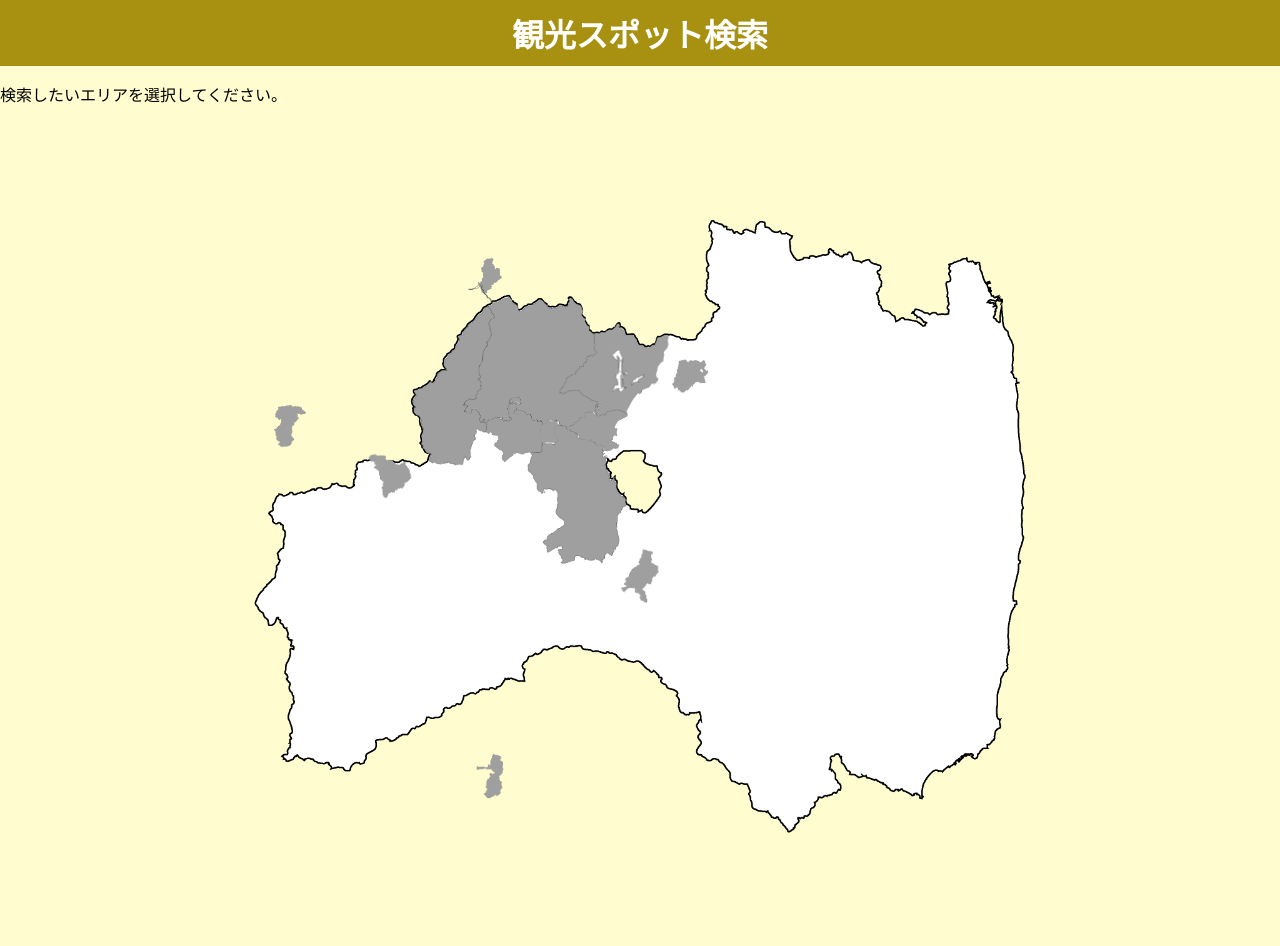
Repository: ryoutana/tanaryou.github.io
Page: Downloads/project/index.html
The author's editor kept a copy of each file at every save. The page is drawn from the files as they stood at one save, then again after a run of saves.
The browser window is 1280 px wide. The pictures show the whole page.

Above is the page before, as saved 2025-04-29 13:46:29.

After the next 4 saves:
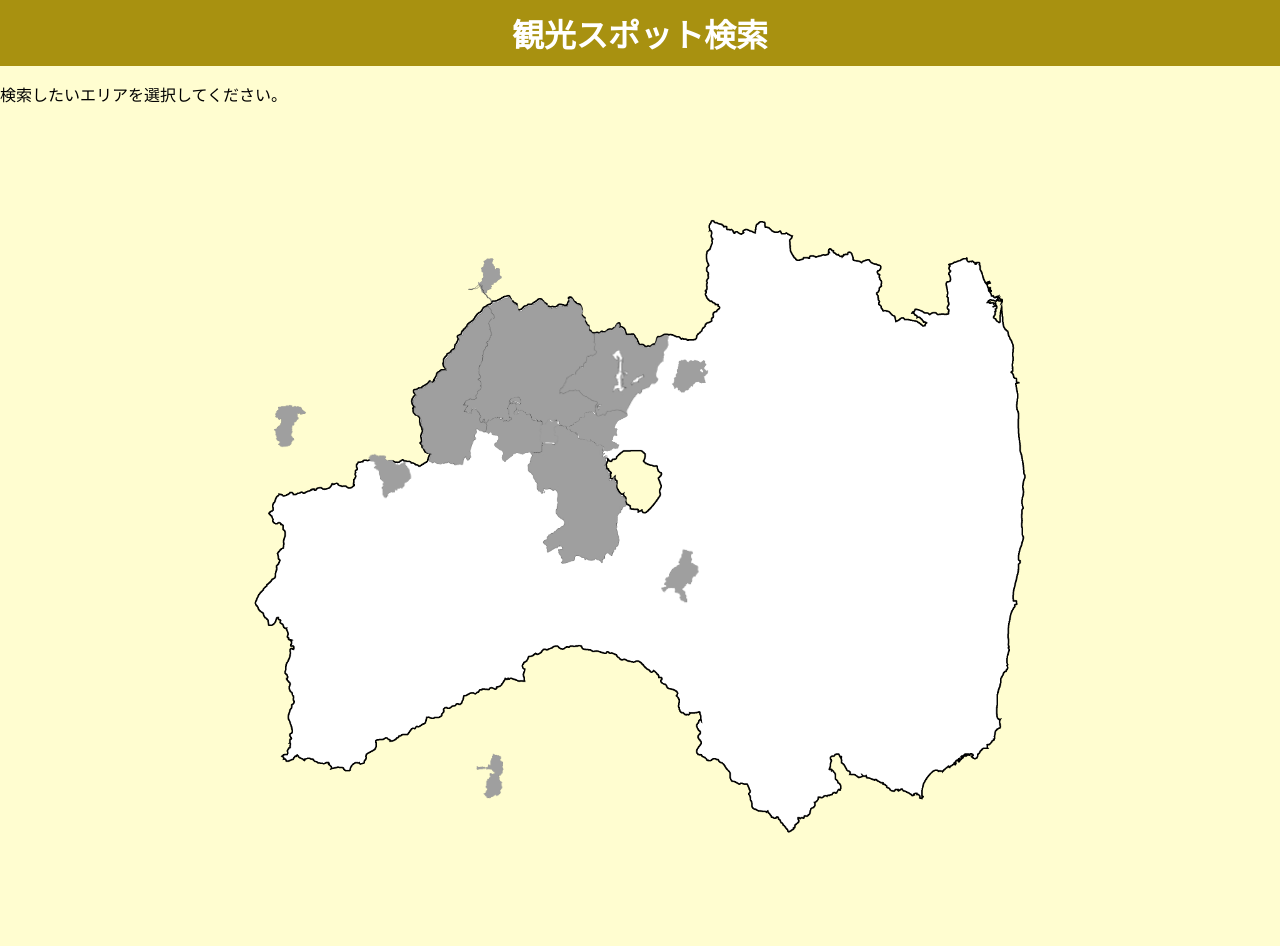
The 4 saves are shown as one change because they came seconds apart.
The last was saved 9 s later.
--- a/Downloads/project/script.js
+++ b/Downloads/project/script.js
@@ -10,7 +10,7 @@ const spots = [
     { name: '三島町', img: '三島町(白地図).png', x: 50, y: 300, width: 50 },
     { name: '昭和村', img: '昭和村(白地図).png', x: 150, y: 350, width: 55 },
     { name: '西会津町', img: '西会津町(白地図).png', x: 214, y: 260, width: 180 },
-    { name: '猪苗代町', img: '猪苗代町(白地図).png', x: 400, y: 450, width: 60 },
+    { name: '猪苗代町', img: '猪苗代町(白地図).png', x: 440, y: 450, width: 60 },
     { name: '湯川村', img: '湯川村(白地図).png', x: 309, y: 306, width: 30 },
     { name: '磐梯町', img: '磐梯町(白地図).png', x: 357, y: 304, width: 69 },
     { name: '北塩原村', img: '北塩原村(白地図).png', x: 374, y: 244, width: 123 },
